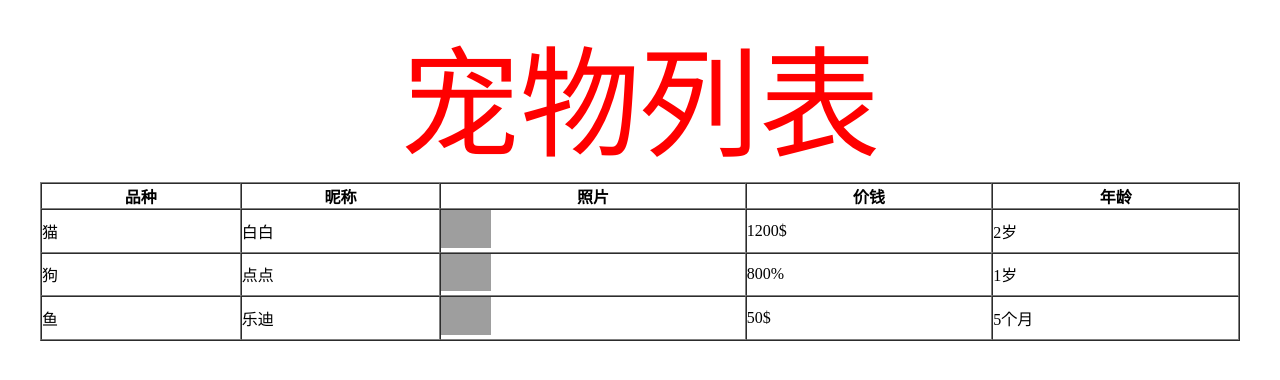
Repository: l897284707/0913
Page: 练习二.html
These files come from the project's save history. The page is drawn as it stood at one moment and after the next save; the edit follows.
The browser window is 1280 px wide. The pictures show the whole page.
Pictures or frames that could not be fetched are drawn as grey boxes.

Above is the page before, as saved 2022-09-13 17:49:39.

After the next save:
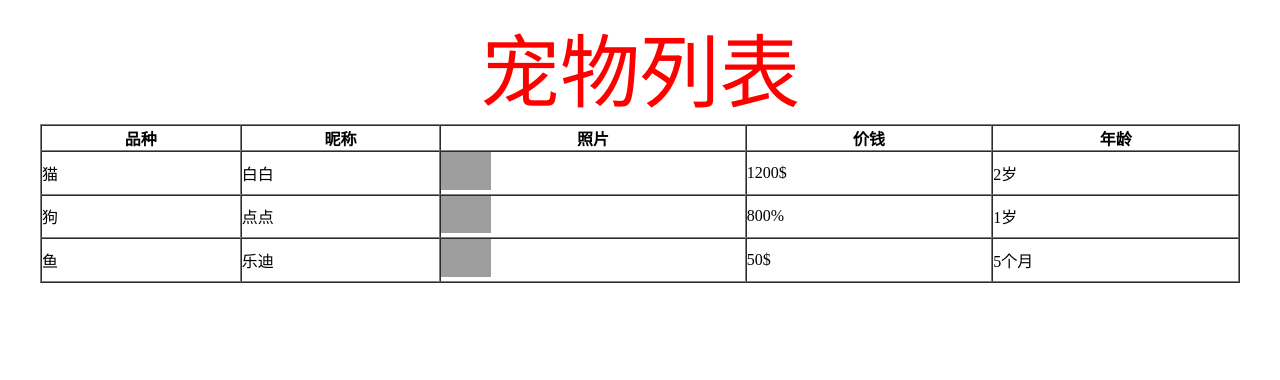
Saved 7 s later.
--- a/练习二.html
+++ b/练习二.html
@@ -10,7 +10,7 @@
 
 <body>
     <table border="1" cellspacing="0" cellpadding="0" width="1200" align="center">
-        <caption style="color:red;font-size: 120px;font-family: 华文行楷 ;">宠物列表</caption>
+        <caption style="color:red;font-size: 80px;font-family: 华文行楷 ;">宠物列表</caption>
         <tr>
             <th>品种</th>
             <th>昵称</th>
